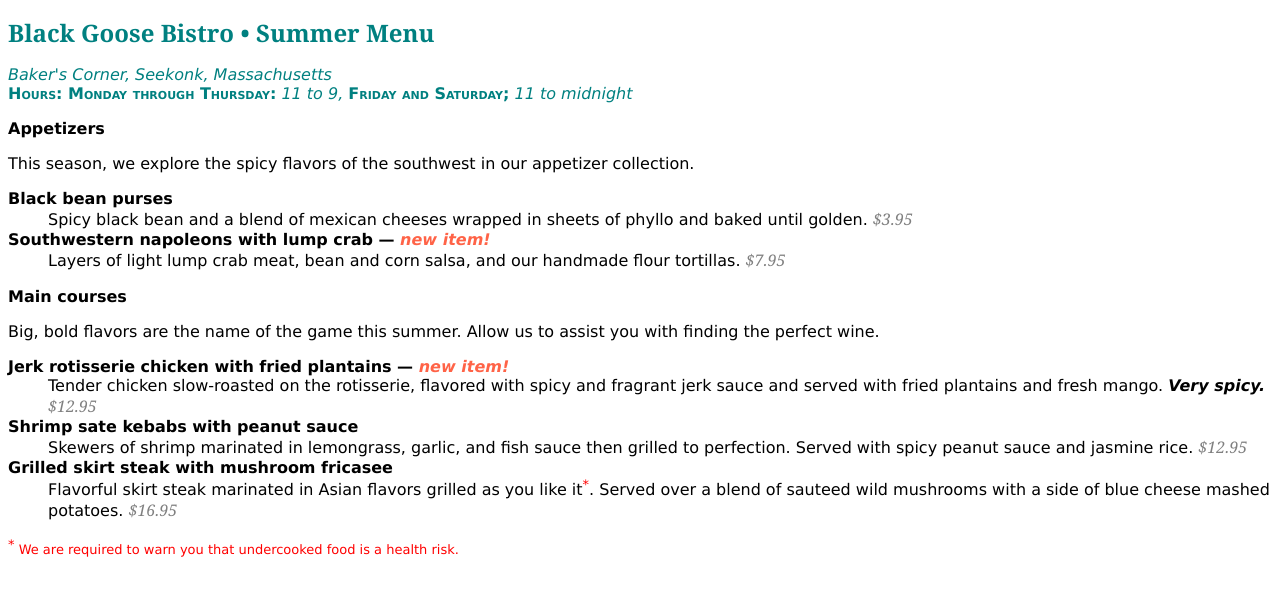
Repository: Colo-Codes/code-practice
Page: 02-css-practice-2.html
An editor plug-in stored every save of this project. The page is shown before and after the next save, followed by the edit.
The browser window is 1280 px wide. The pictures show the whole page.
Some web fonts or font styles are not loaded; a fallback is used.

Above is the page before, as saved 2021-05-05 12:16:37.

After the next save:
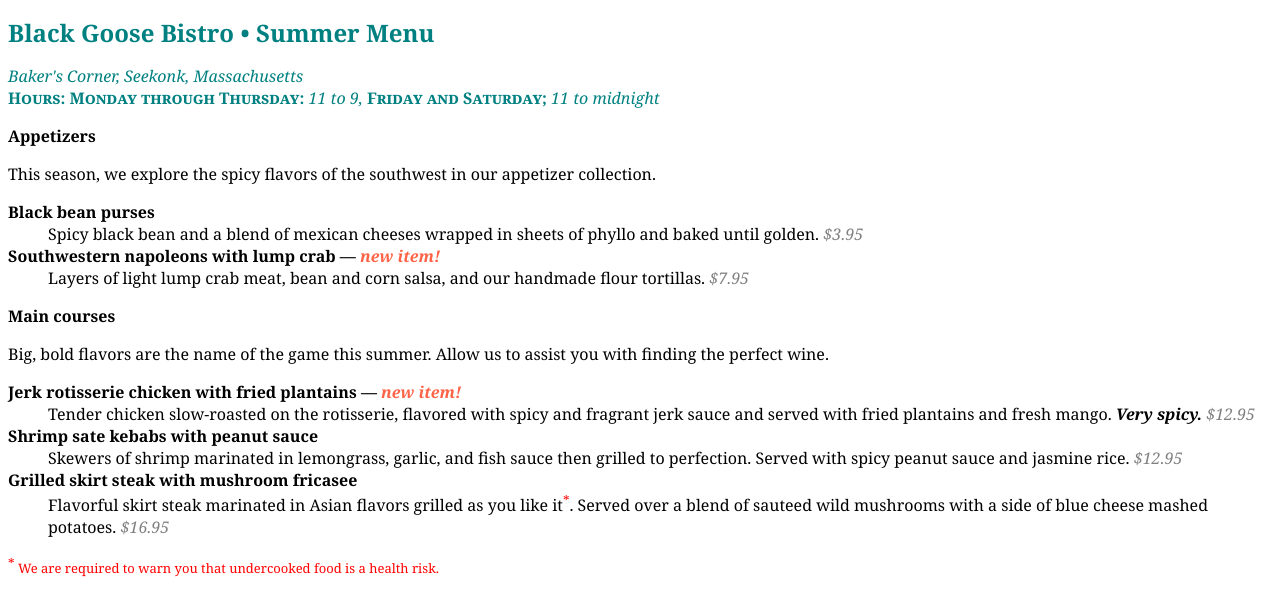
Saved 18 h 19 min later.
--- a/02-css-practice-2.html
+++ b/02-css-practice-2.html
@@ -8,7 +8,8 @@
     <link href="https://fonts.googleapis.com/css2?family=Marko+One&display=swap" rel="stylesheet">
     <style>
         body {
-            font-family: Verdana, sans-serif;
+            /* font-family: Verdana, sans-serif; */
+            font-family: Georgia, serif;
             font-size: 100%; /* Rest the font size and clear the way for using em later on */
         }
         h1 {
